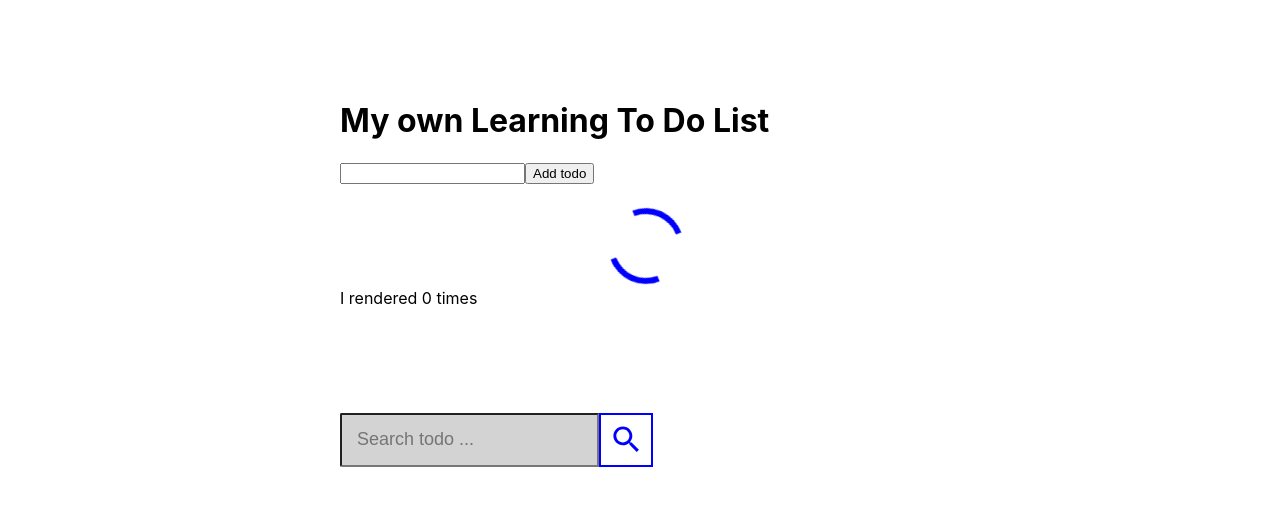
Repository: ArusyakAghajanyan/To-Do
Page: /
These files come from the project's save history. The page is drawn as it stood at one moment and after a run of saves; the edit follows.
The browser window is 1280 px wide. The pictures show the whole page.
The page's requests for data from a server got no answer. The project was rebuilt for these pictures with package versions that can differ from the ones it lists, and the page was loaded fresh each time. No one was signed in, and anything a server would have sent is missing. Also part of the build but not shown: src/Todo/TodoItem.js, src/Todo/TodoList.js.

Above is the page before, as saved 2022-03-11 02:17:09.

After the next 2 saves:
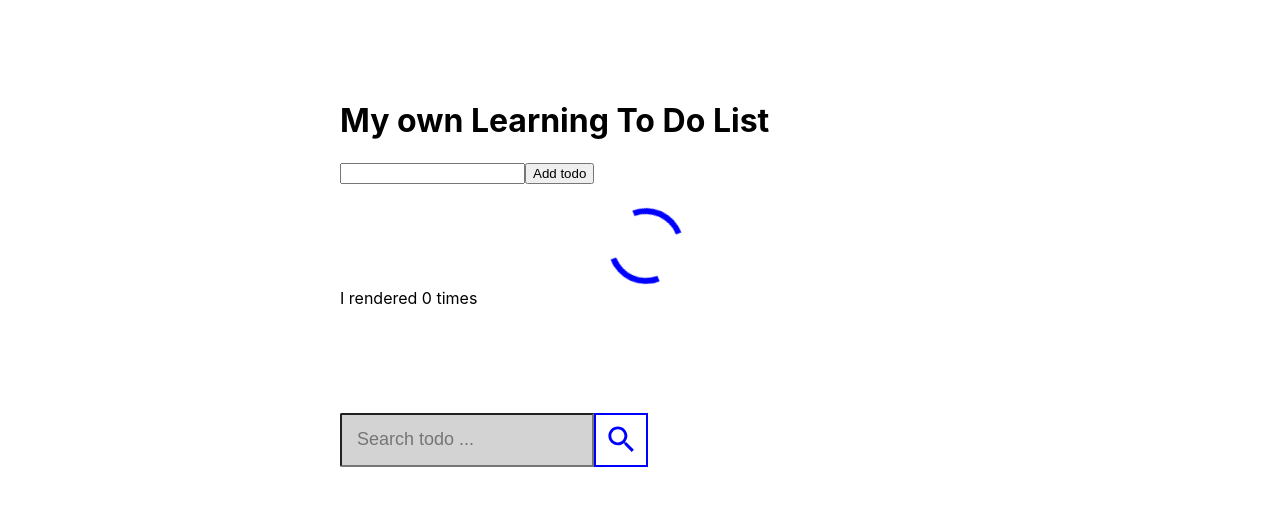
The 2 saves are shown as one change because they came seconds apart.
The last was saved 11 s later.
--- a/src/Search/SearchBar.css
+++ b/src/Search/SearchBar.css
@@ -12,7 +12,7 @@
     font-size: 18px;
     padding: 15px;
     height: 20px;
-    width: 225px;
+    width: 220px;
   }
 
   .searchIcon {
